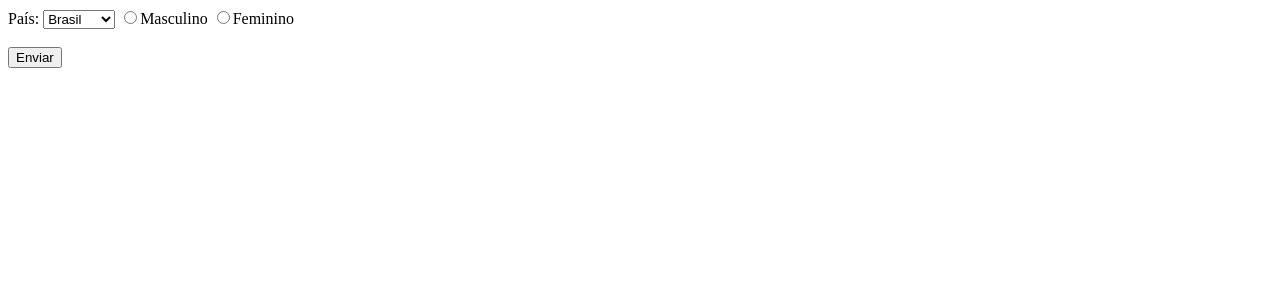
Repository: gujahlive/Aulas-Java-Web
Page: http://localhost/JavaWeb/Formulario.jsp
An editor plug-in stored every save of this project. The page is shown before and after the next save, followed by the edit.
The browser window is 1280 px wide. The pictures show the whole page.
The page is served by Tomcat 9.

Above is the page before, as saved 2018-09-28 00:50:14.

After the next save:
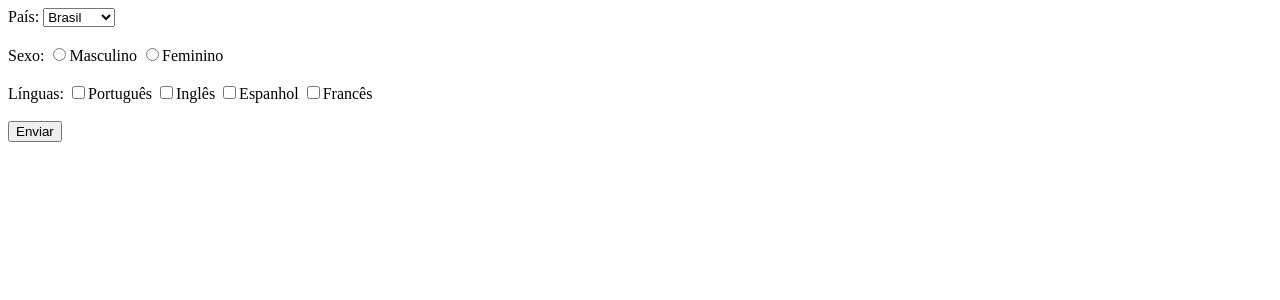
Saved 1 s later.
--- a/JavaWeb/WebContent/Formulario.jsp
+++ b/JavaWeb/WebContent/Formulario.jsp
@@ -16,8 +16,16 @@
 			<option>Rússia</option>
 			<option>Japão</option>
 		</select>
+		<br/><br/>
+		Sexo:
 		<input type="radio" name="sexo" value="Masculino"/>Masculino
 		<input type="radio" name="sexo" value="Feminino"/>Feminino
+		<br/><br/>
+		Línguas:
+		<input type="checkbox" name="linguas" value="Portugues"/>Português
+		<input type="checkbox" name="linguas" value="Inglês"/>Inglês
+		<input type="checkbox" name="linguas" value="Espanhol"/>Espanhol
+		<input type="checkbox" name="linguas" value="Francês"/>Francês
 		<br/><br/>
 		<input type="submit" value="Enviar">
 	</form>
